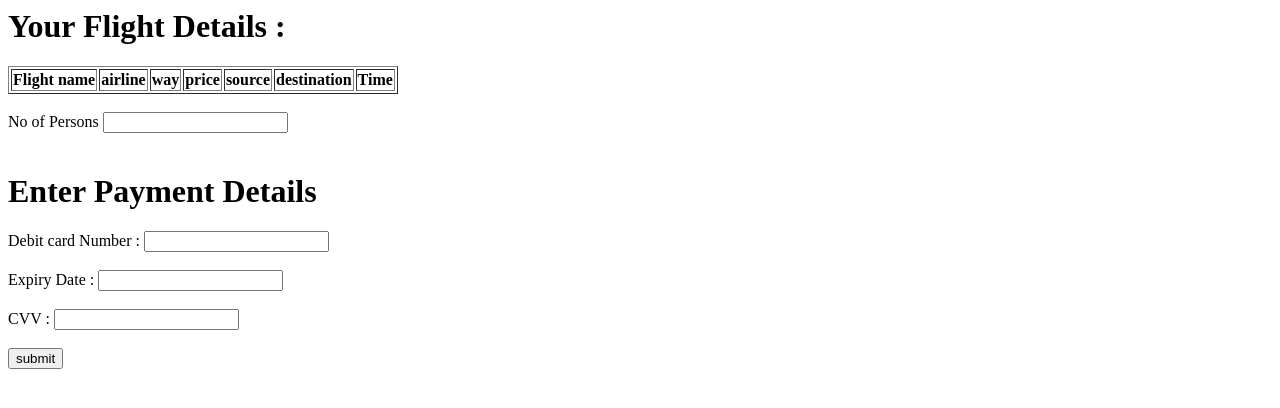
Repository: manishmachha/Project-FlyAway
Page: http://localhost/FlyAway/showdetails.jsp
These files come from the project's save history. The page is drawn as it stood at one moment and after the next save; the edit follows.
The browser window is 1280 px wide. The pictures show the whole page.
The page is served by Tomcat 9. The database holds what the project's SQL file puts in it.

Above is the page before, as saved 2022-01-04 08:17:13.

### FlyAway/src/main/webapp/showdetails.jsp
<%@ page language="java" contentType="text/html; charset=ISO-8859-1"
	pageEncoding="ISO-8859-1"%>
<%@page import="java.sql.*"%>
<%
String SOURCE = request.getParameter("source");
String DESTINATION = request.getParameter("destination");
String time = "10:45 PM";
Class.forName("com.mysql.jdbc.Driver");
String url = "jdbc:mysql://localhost:3306/flyaway";
String user = "root";
String pass = "2020";
String sql = "select * from flights where source='" + SOURCE + "'and destination='" + DESTINATION + "'";
Connection con = DriverManager.getConnection(url, user, pass);
Statement st = con.createStatement();
ResultSet rs = st.executeQuery(sql);
%>
<h1>Your Flight Details :</h1>
<table border="1">
	<tr>
		<th>Flight name</th>
		<th>airline</th>
		<th>way</th>
		<th>price</th>
		<th>source</th>
		<th>destination</th>
		<th>Time</th>
	</tr>
	<%
	while (rs.next()) {
	%>
	<tr>
		<td><%=rs.getString(1)%></td>
		<td><%=rs.getString(2)%></td>
		<td><%=rs.getString(3)%></td>
		<td><%=rs.getString(4) + "/-"%></td>
		<td><%=rs.getString(5)%></td>
		<td><%=rs.getString(6)%></td>
		<td><%=time%></td>
	</tr>
	<%
	}
	%>
</table>
</br>
<form action="payment.jsp" method="post">
	No of Persons <input type="number" name="no of persons"></br> </br>
	<h1>Enter Payment Details</h1>
	Debit card Number : <input type="number"></br>
	</br> Expiry Date : <input type="text"></br>
	</br> CVV : <input type="text"></br>
	</br> <input type="submit" value="submit"></br>
	</br>

</form>

### FlyAway/Databases/Flyaway.sql (the tables this page reads)
CREATE TABLE `flights` (
  `NAME` varchar(10) DEFAULT NULL,
  `AIRLINE` varchar(20) DEFAULT NULL,
  `WAY` varchar(20) DEFAULT NULL,
  `PRICE` varchar(10) DEFAULT NULL,
  `source` varchar(20) DEFAULT NULL,
  `destination` varchar(20) DEFAULT NULL
) ENGINE=InnoDB DEFAULT CHARSET=utf8mb4 COLLATE=utf8mb4_0900_ai_ci;

INSERT INTO `flights` VALUES ('INDG1','INDIGO','HYD-DEL','5000','Hyderabad','Delhi'),('INDG2','INDIGO','HYD-KOL','5000','Hyderabad','Kolkata'),('INDG3','INDIGO','HYD-MUM','5000','Hyderabad','Mumbai'),('INDG4','INDIGO','HYD-BAN','5000','Hyderabad','Bangalore'),('KING1','KINGFISHER','DEL-KOL','5000','Delhi','Kolkata'),('KING2','KINGFISHER','DEL-MUM','5000','Delhi','Mumbai'),('KING3','KINGFISHER','DEL-BAN','5000','Delhi','Bangalore'),('KING4','KINGFISHER','DEL-HYD','5000','Delhi','Hyderabad'),('SPIC1','SPICE JET','KOL-MUM','5000','Kolkata','Mumbai'),('SPIC2','SPICE JET','KOL-BAN','5000','Kolkata','Bangalore'),('SPIC3','SPICE JET','KOL-HYD','5000','Kolkata','Hyderabad'),('SPIC4','SPICE JET','KOL-DEL','5000','Kolkata','Delhi'),('AIRN1','AIR INDIA','MUM-BAN','5000','Mumbai','Bangalore'),('AIRN2','AIR INDIA','MUM-HYD','5000','Mumbai','Hyderabad'),('AIRN3','AIR INDIA','MUM-DEL','5000','Mumbai','Delhi'),('AIRN4','AIR INDIA','MUM-KOL','5000','Mumbai','Kolkata'),('TRUJ1','TRUE JET','BAN-HYD','5000','Bangalore','Hyderabad'),('TRUJ2','TRUE JET','BAN-DEL','5000','Bangalore','Delhi'),('TRUJ3','TRUE JET','BAN-KOL','5000','Bangalore','Kolkata'),('TRUJ4','TRUE JET','BAN-MUM','5000','Bangalore','Mumbai');

After the next save:
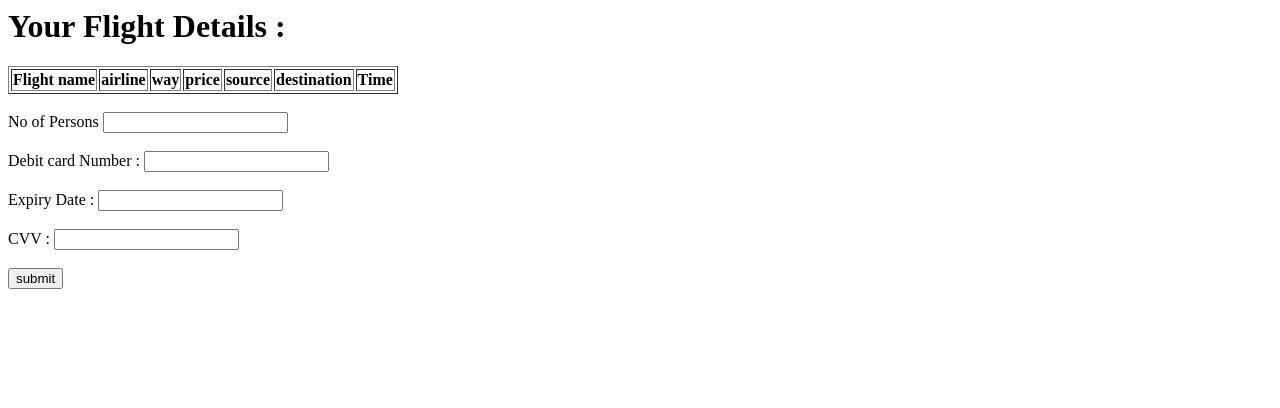
Saved 36 s later.
--- a/FlyAway/src/main/webapp/showdetails.jsp
+++ b/FlyAway/src/main/webapp/showdetails.jsp
@@ -44,7 +44,6 @@ ResultSet rs = st.executeQuery(sql);
 </br>
 <form action="payment.jsp" method="post">
 	No of Persons <input type="number" name="no of persons"></br> </br>
-	<h1>Enter Payment Details</h1>
 	Debit card Number : <input type="number"></br>
 	</br> Expiry Date : <input type="text"></br>
 	</br> CVV : <input type="text"></br>
